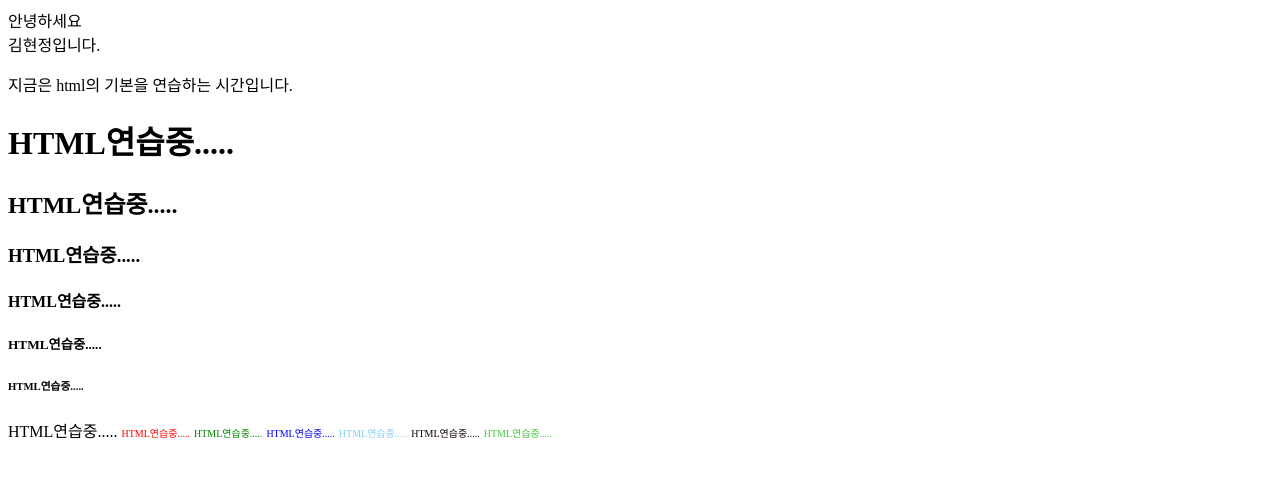
Repository: sonic247897/multicampus-web
Page: clientweb/WebContent/html/basic.html
An editor plug-in stored every save of this project. The page is shown before and after the next save, followed by the edit.
The browser window is 1280 px wide. The pictures show the whole page.

Above is the page before, as saved 2019-12-31 06:14:01.

After the next save:
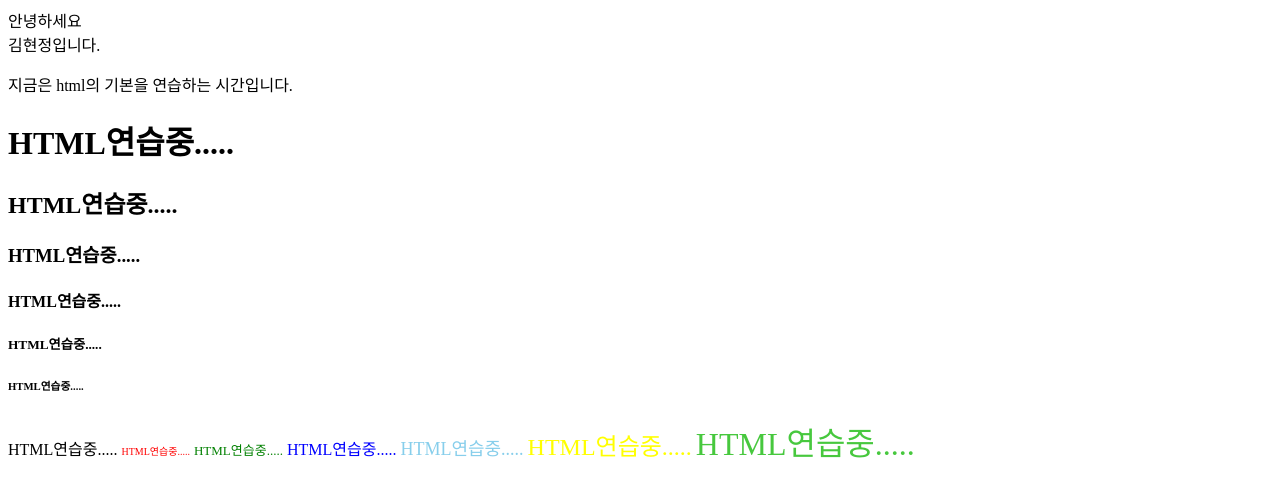
Saved 15 s later.
--- a/clientweb/WebContent/html/basic.html
+++ b/clientweb/WebContent/html/basic.html
@@ -17,11 +17,11 @@
 		<h6>HTML연습중.....</h6>
 		<h7>HTML연습중.....</h7> <!-- h7은 없다 -->
 		<font size="1" color="red" face="굴림">HTML연습중.....</font> <!-- 본문의 글자를 나타냄 -->
-		<font size="1" color="green" face="HY견고딕">HTML연습중.....</font> <!-- 본문의 글자를 나타냄 -->
-		<font size="1" color="blue" face="궁서">HTML연습중.....</font> <!-- 본문의 글자를 나타냄 -->
-		<font size="1" color="skyblue" face="굴림">HTML연습중.....</font> <!-- 본문의 글자를 나타냄 -->
-		<font size="1" color="yello" face="굴림">HTML연습중.....</font> <!-- 본문의 글자를 나타냄 -->
-		<font size="1" color="#47C83E" face="굴림">HTML연습중.....</font> <!-- 본문의 글자를 나타냄 -->
+		<font size="2" color="green" face="HY견고딕">HTML연습중.....</font> <!-- 본문의 글자를 나타냄 -->
+		<font size="3" color="blue" face="궁서">HTML연습중.....</font> <!-- 본문의 글자를 나타냄 -->
+		<font size="4" color="skyblue" face="굴림">HTML연습중.....</font> <!-- 본문의 글자를 나타냄 -->
+		<font size="5" color="yellow" face="굴림">HTML연습중.....</font> <!-- 본문의 글자를 나타냄 -->
+		<font size="6" color="#47C83E" face="굴림">HTML연습중.....</font> <!-- 본문의 글자를 나타냄 -->
 		<!-- RGB색상을 16진수로 표현 -->
 	</body>
 </html>
